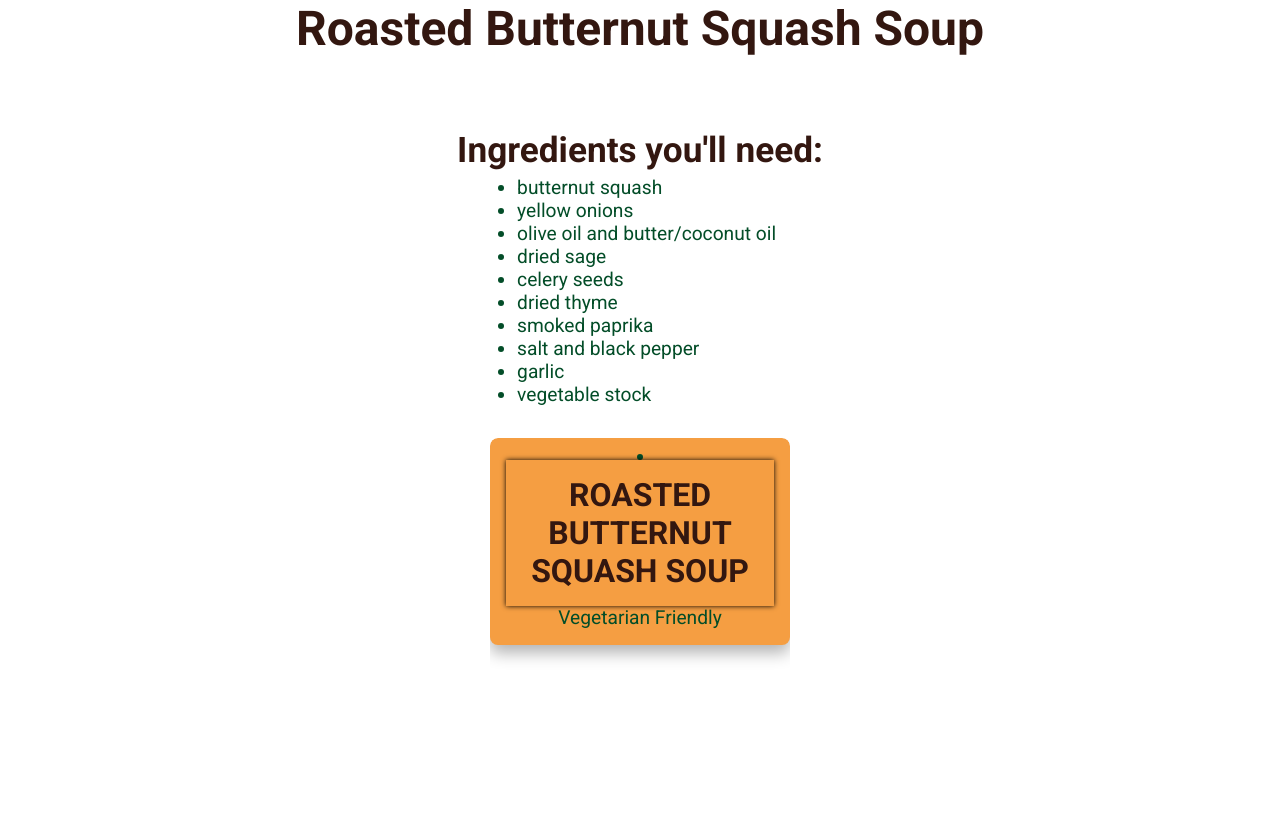
Repository: IDMX225/css-card-flip-LyssaMA
Page: src/index.html
The author's editor kept a copy of each file at every save. The page is drawn from the files as they stood at one save, then again after the next save.
The browser window is 1280 px wide. The pictures show the whole page.
The style sheet was rebuilt from its Sass, Less or Tailwind sources for each picture, by a compiler version that may differ from the author's.

Above is the page before, as saved 2024-11-12 20:24:35.
Not found: src/js/index.js

### src/index.html
<!DOCTYPE html>
<html lang="en">

<head>
  <meta charset="UTF-8">
  <meta name="viewport" content="width=device-width, initial-scale=1.0">
  <meta name="description" content="A modern CSS page">
  <meta name="generator" content="Eleventy v1.2">
  <title>Recipe</title>
  <link rel="shortcut icon" href="images/squash.png" type="image/png">
  <link rel="stylesheet" href="css/main.css">
</head>

<body>
  <!-- Title above the card -->
  <div class="title-above-card">Roasted Butternut Squash Soup</div>

  <!-- Ingredients Section -->
  <div class="ingredients">
    <div class="ingredients-heading">Ingredients you'll need:</div>
    <ul class="ingredients-list">
      <li>butternut squash</li>
      <li>yellow onions</li>
      <li>olive oil and butter/coconut oil</li>
      <li>dried sage</li>
      <li>celery seeds</li>
      <li>dried thyme</li>
      <li>smoked paprika</li>
      <li>salt and black pepper</li>
      <li>garlic</li>
      <li>vegetable stock</li>
    </ul>
  </div>

  <!-- The Card with the Recipe Title inside -->
  <div class="card">
    <div class="card__content">
      <div class="card__front">
        <h3 class="card__title">Roasted Butternut Squash Soup</h3>
        <p class="card__subtitle">Vegetarian Friendly</p>
      </div>

      <div class="card__back">
        <p class="card__body">To roast the squash, simply place the seasoned squash onto two large baking sheets lined
          with aluminum foil for easy cleanup. Roast in the oven for 45 minutes at 400°F.
          There's no need to flip over the squash halfway through roasting. Just let it go for 45 minutes and that's it!
          Enjoy!</p>
      </div>
    </div>
  </div>

  <script src="js/index.js"></script>
</body>

</html>

### src/sass/main.scss
/* Import Google Fonts */
@import url('https://fonts.googleapis.com/css2?family=Roboto:wght@400;700&display=swap');

:root {
  --level-three: translateZ(9rem);
  --fw-normal: 400;
  --fw-bold: 700;
  --clr: #f59e42; /* Squash Soup Orange */
  --clr-dark: #331710; /* Dark brown for the card back */
  --font-family: 'Roboto', sans-serif;
}

*,
*::before,
*::after {
  box-sizing: border-box;
  margin: 0;
}

body {
  font-family: var(--font-family);
  height: 100vh;
  display: grid;
  place-items: center;
}

/* Title Above the Card */
.title-above-card {
  font-family: var(--font-family);
  font-size: 3rem; /* Larger size for the title */
  font-weight: var(--fw-bold);
  text-align: center;
  margin-bottom: 1.5em; /* Space between title and ingredients */
  color: #331710; /* Dark color for the title */
}

/* Ingredients Section */
.ingredients {
  text-align: center;
  margin-bottom: 2em; /* Space between ingredients and card */
}


.ingredients-heading {
  font-family: var(--font-family);
  font-size: 2.2rem; /* Larger size for "Ingredients you'll need:" */
  font-weight: var(--fw-bold);
  color: #331710; /* Dark color */
  margin-bottom: 5px; /* Adds space between the heading and the ingredient list */
}

.ingredients-list {
  text-align: left;
  font-family: var(--font-family);
  font-size: 1.2rem; /* Regular size for the list items */
  color: #034d28; /* Dark green color */
  list-style-type: disc; /* Use bullet points for the list */
  margin-left: 20px; /* Indentation for the list items */
}

/* Card Container */
.card {
  width: 300px;
  height: 400px;
  perspective: 1000px;
  border-radius: 8px;
  overflow: hidden;
  padding-bottom: 2em; /* Add padding under the card */
}

/* Card Content */
.card__content {
  position: relative;
  width: 100%;
  height: 100%;
  transform-style: preserve-3d;
  transition: transform 0.6s;
}

.card:hover .card__content {
  transform: rotateY(180deg);
}

.card__front,
.card__back {
  position: absolute;
  top: 0;
  left: 0;
  right: 0;
  bottom: 0;
  backface-visibility: hidden;
  display: grid;
  justify-items: center;
  align-items: center;
  border-radius: 8px;  /* Ensures that the corners of both front and back are rounded */
}

/* Front of the Card */
.card__front {
  background-color: var(--clr);
  color: #034d28; /* Dark green text for contrast */
  padding: 1em;  /* Add space around the content inside the front of the card */
  border-radius: 8px; /* Match the card's rounded corners */
  box-shadow: 0 8px 16px rgba(0, 0, 0, 0.3); /* Add shadow to front for depth */
  position: relative;
}

/* Adding the border effect with rounded corners */
.card__front::before {
  content: '';
  position: center;
  top: 1em;
  bottom: 1em;
  left: 1em;
  right: 1em;
  border: 3px solid currentColor;
  border-radius: 5px; /* Rounded corners on the border */
}

/* Title on Card Front */
.card__title {
  font-family: var(--font-family);
  font-size: 2rem;
  font-weight: var(--fw-bold);
  text-transform: uppercase;
  color: #331710;
  box-shadow: 0 0 5px black;
  padding:.5em; /* Padding inside the box for space from the border */
  text-align: center;
  position: relative; /* Ensure the title is properly positioned */
  z-index: 1;  /* Ensure the title is on top of the border */
}

/* Subtitle on Card */
.card__subtitle {
  font-family: var(--font-family);
  font-size: 1.2rem;
  font-weight: var(--fw-normal);
}

/* Back of the Card */
.card__back {
  background: var(--clr-dark);
  color: #f7d07d;
  transform: rotateY(180deg);
  border-radius: 8px; /* Ensure the back matches the card's rounded corners */
  padding: 2em; /* Add some padding to the back */
}

.card__body {
  font-family: var(--font-family);
  font-size: 1rem;
  line-height: 1.5;
  text-align: center;
}

After the next save:
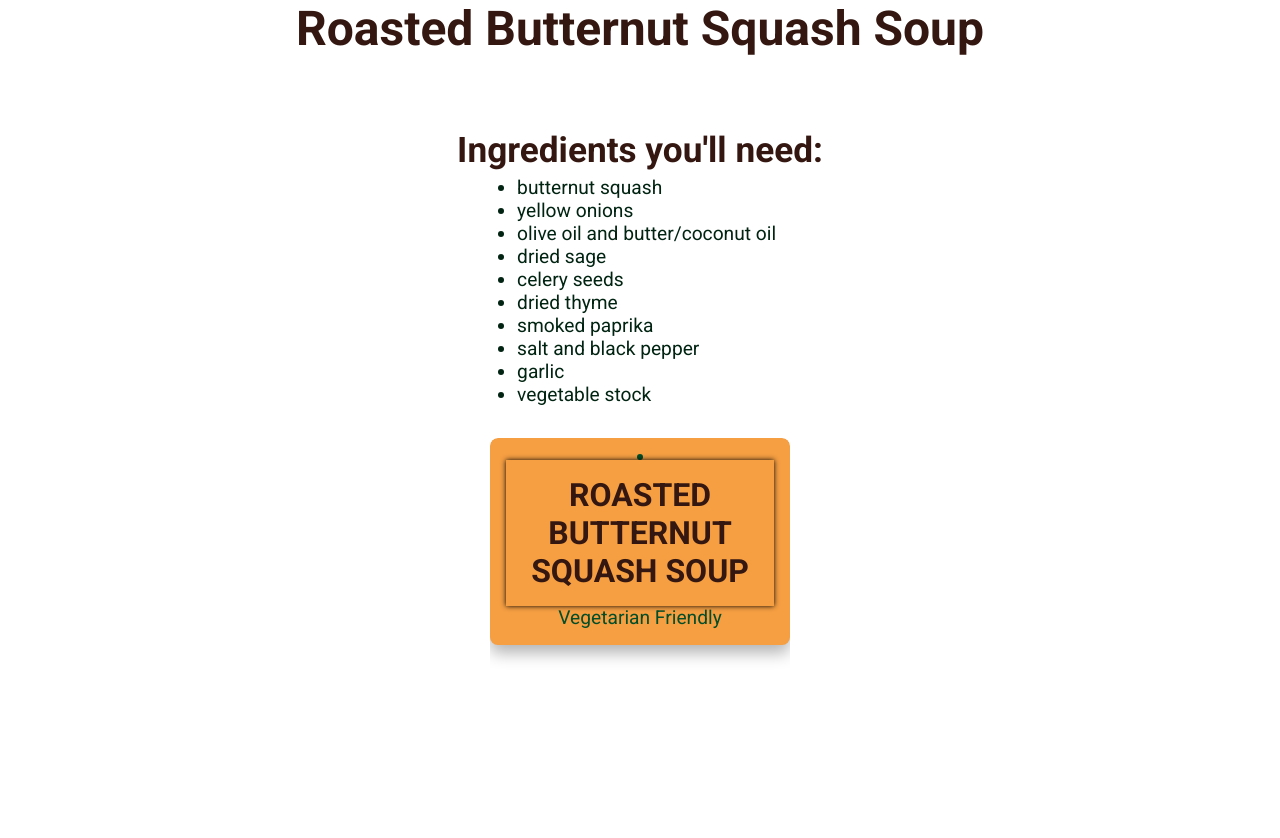
Saved 12 s later.
--- a/src/sass/main.scss
+++ b/src/sass/main.scss
@@ -53,7 +53,7 @@ body {
   text-align: left;
   font-family: var(--font-family);
   font-size: 1.2rem; /* Regular size for the list items */
-  color: #034d28; /* Dark green color */
+  color: #012412; /* Dark green color */
   list-style-type: disc; /* Use bullet points for the list */
   margin-left: 20px; /* Indentation for the list items */
 }
